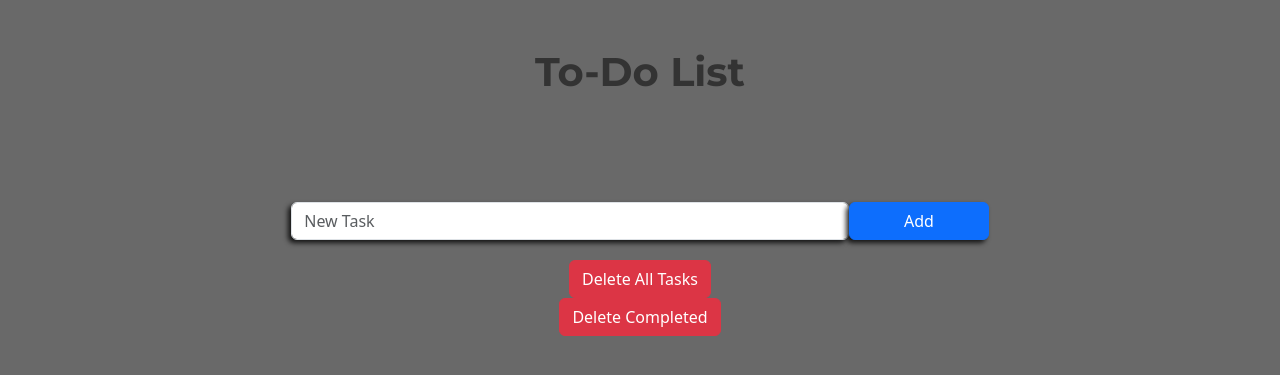
Repository: PituMia/TODO-List
Page: /
These files come from the project's save history. The page is drawn as it stood at one moment and after the next save; the edit follows.
The browser window is 1280 px wide. The pictures show the whole page.
The project was rebuilt for these pictures with package versions that can differ from the ones it lists, and the page was loaded fresh each time. Also part of the build but not shown: vite.config.js, src/assets/css/App.css, src/assets/css/Task.css, src/assets/components/Task.jsx.

Above is the page before, as saved 2025-02-01 16:32:51.

After the next save:
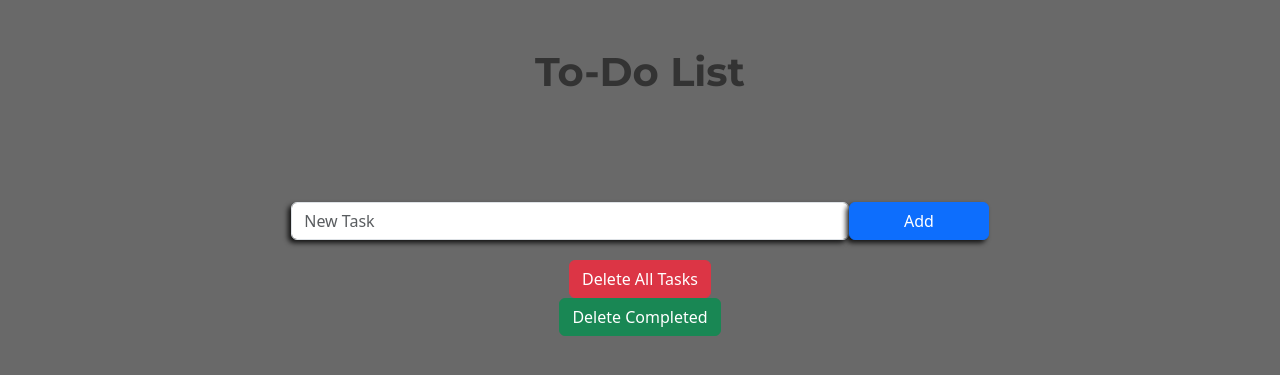
Saved 101 s later.
--- a/src/assets/components/DeleteCompleteButton.jsx
+++ b/src/assets/components/DeleteCompleteButton.jsx
@@ -5,7 +5,7 @@ const DeleteCompleteButton = ({ deleteCompleted }) => {
 
     return (
         <div>
-            <button  className="btn btn-danger d-flex m-auto"
+            <button  className="btn btn-success d-flex m-auto"
                      onClick={deleteCompleted}>
                 Delete Completed
 
